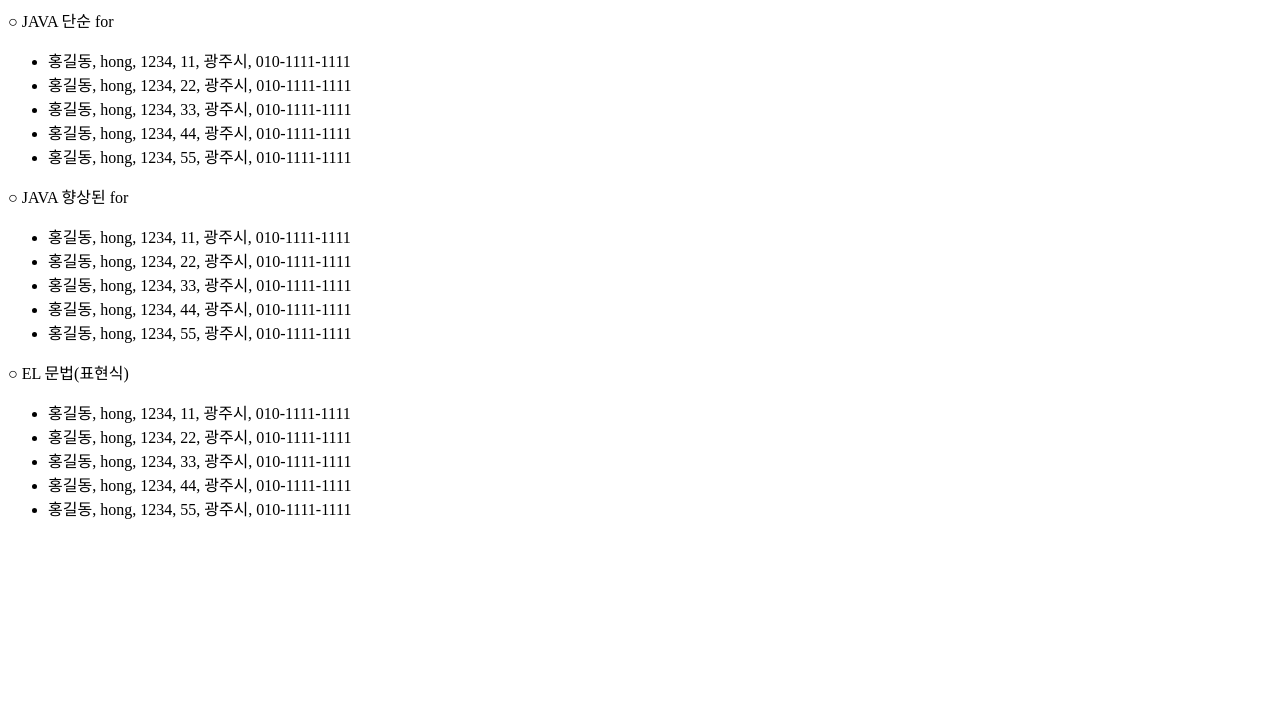
Repository: youngmoon525/Jsp_Servlet
Page: http://localhost/03.JSP/jsp37.jsp
The author's editor kept a copy of each file at every save. The page is drawn from the files as they stood at one save, then again after the next save.
The browser window is 1280 px wide. The pictures show the whole page.
The page is served by Tomcat 9. Other server files are loaded and not shown.

Above is the page before, as saved 2021-09-09 02:42:28.

### workspace/03.JSP/WebContent/jsp37.jsp
<%@page import="com.hanul.study.MemberDTO"%>
<%@page import="java.util.ArrayList"%>
<%@ page language="java" contentType="text/html; charset=UTF-8" pageEncoding="UTF-8"%>
<%@ taglib prefix="c" uri="http://java.sun.com/jsp/jstl/core" %>
<%
ArrayList<MemberDTO> list = new ArrayList<>();
list.add(new MemberDTO("홍길동", "hong", "1234", 11, "광주시", "010-1111-1111"));
list.add(new MemberDTO("홍길동", "hong", "1234", 22, "광주시", "010-1111-1111"));
list.add(new MemberDTO("홍길동", "hong", "1234", 33, "광주시", "010-1111-1111"));
list.add(new MemberDTO("홍길동", "hong", "1234", 44, "광주시", "010-1111-1111"));
list.add(new MemberDTO("홍길동", "hong", "1234", 55, "광주시", "010-1111-1111"));

//현재 페이지에서만 사용할 바인딩(연결) 객체 : EL 문법(표현식)에서 사용
pageContext.setAttribute("list", list);
%>
<!DOCTYPE html>
<html>
<head>
<meta charset="UTF-8">
<title>JSP37</title>
</head>
<body>
○ JAVA 단순 for<br/>
<ul>
	<%
		for(int i = 0; i < list.size(); i++){
			out.println("<li>" + list.get(i).getName() + ", ");
			out.println(list.get(i).getId() + ", ");
			out.println(list.get(i).getPw() + ", ");
			out.println(list.get(i).getAge() + ", ");
			out.println(list.get(i).getAddr() + ", ");
			out.println(list.get(i).getTel() + "</li>");
		}
	%>
</ul>

○ JAVA 향상된 for<br/>
<ul>
	<%
		for(MemberDTO dto : list){
			out.println("<li>" + dto.getName() + ", ");
			out.println(dto.getId() + ", ");
			out.println(dto.getPw() + ", ");
			out.println(dto.getAge() + ", ");
			out.println(dto.getAddr() + ", ");
			out.println(dto.getTel() + "</li>");
		}
	%>
</ul>

○ EL 문법(표현식)<br/>
<ul>
	<li>${list[0].name}, ${list[0].id}, ${list[0].pw}, ${list[0].age}, ${list[0].addr}, ${list[0].tel}</li>
	<li>${list[1].name}, ${list[1].id}, ${list[1].pw}, ${list[1].age}, ${list[1].addr}, ${list[1].tel}</li>
	<li>${list[2].name}, ${list[2].id}, ${list[2].pw}, ${list[2].age}, ${list[2].addr}, ${list[2].tel}</li>
	<li>${list[3].name}, ${list[3].id}, ${list[3].pw}, ${list[3].age}, ${list[3].addr}, ${list[3].tel}</li>
	<li>${list[4].name}, ${list[4].id}, ${list[4].pw}, ${list[4].age}, ${list[4].addr}, ${list[4].tel}</li>
</ul>


</body>
</html>

### workspace/03.JSP/src/com/hanul/study/MemberDTO.java
package com.hanul.study;

import java.io.Serializable;

public class MemberDTO implements Serializable{
	//멤버변수(필드) 선언 : DataBase의 Table의 컬럼(속성, 필드)명과 일치
	private String name, id, pw, addr, tel;
	private int age;

	//디폴트 생성자 메소드 : 빈깡통
	public MemberDTO() {}

	//생성자 메소드 초기화 : 멤버변수를 하나의 타입으로 묶어준다
	public MemberDTO(String name, String id, String pw, int age, String addr, String tel) {
		super();
		this.name = name;
		this.id = id;
		this.pw = pw;
		this.age = age;
		this.addr = addr;
		this.tel = tel;
	}

	//Getters & Setters 메소드 : 멤버변수에 접근
	public String getName() {
		return name;
	}

	public void setName(String name) {
		this.name = name;
	}

	public String getId() {
		return id;
	}

	public void setId(String id) {
		this.id = id;
	}

	public String getPw() {
		return pw;
	}

	public void setPw(String pw) {
		this.pw = pw;
	}

	public String getAddr() {
		return addr;
	}

	public void setAddr(String addr) {
		this.addr = addr;
	}

	public String getTel() {
		return tel;
	}

	public void setTel(String tel) {
		this.tel = tel;
	}

	public int getAge() {
		return age;
	}

	public void setAge(int age) {
		this.age = age;
	}



}

After the next save:
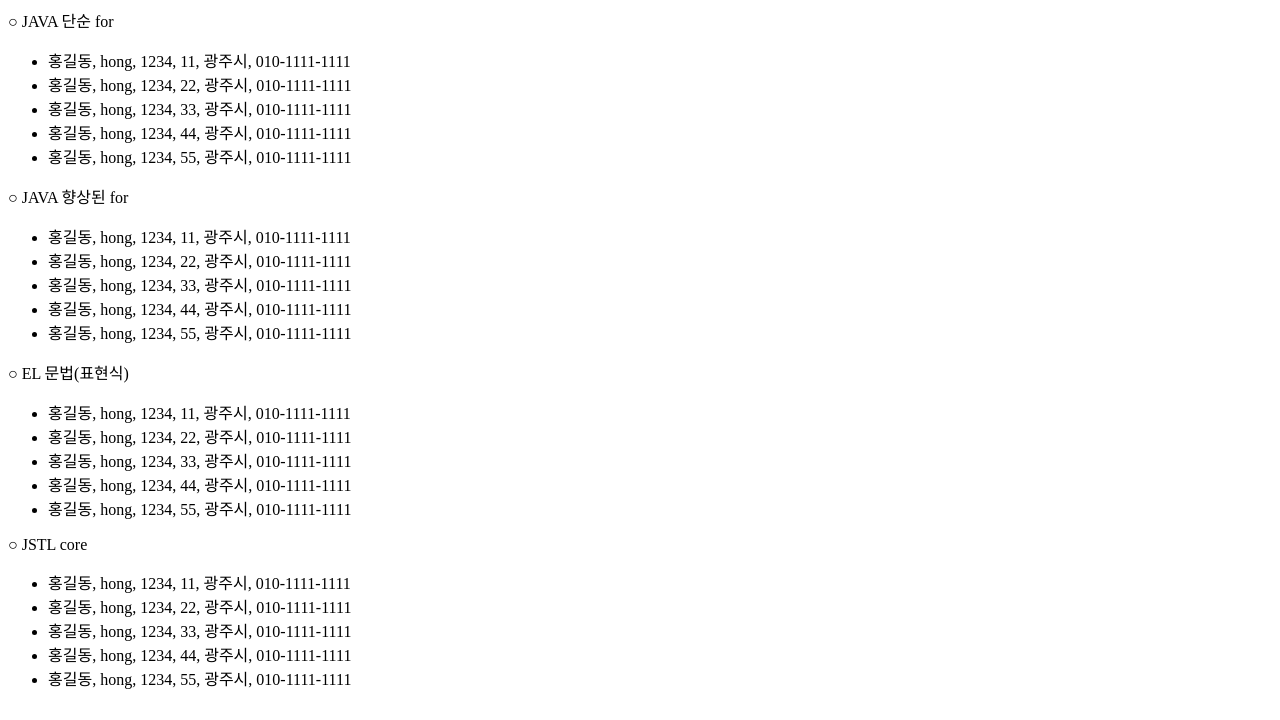
Saved 2 min 21 s later.
--- a/workspace/03.JSP/WebContent/jsp37.jsp
+++ b/workspace/03.JSP/WebContent/jsp37.jsp
@@ -57,6 +57,11 @@ pageContext.setAttribute("list", list);
 	<li>${list[4].name}, ${list[4].id}, ${list[4].pw}, ${list[4].age}, ${list[4].addr}, ${list[4].tel}</li>
 </ul>
 
-
+○ JSTL core<br/>
+<ul>
+	<c:forEach var="i" items="${list}">
+		<li>${i.name}, ${i.id}, ${i.pw}, ${i.age}, ${i.addr}, ${i.tel}</li>
+	</c:forEach>
+</ul>
 </body>
 </html>
